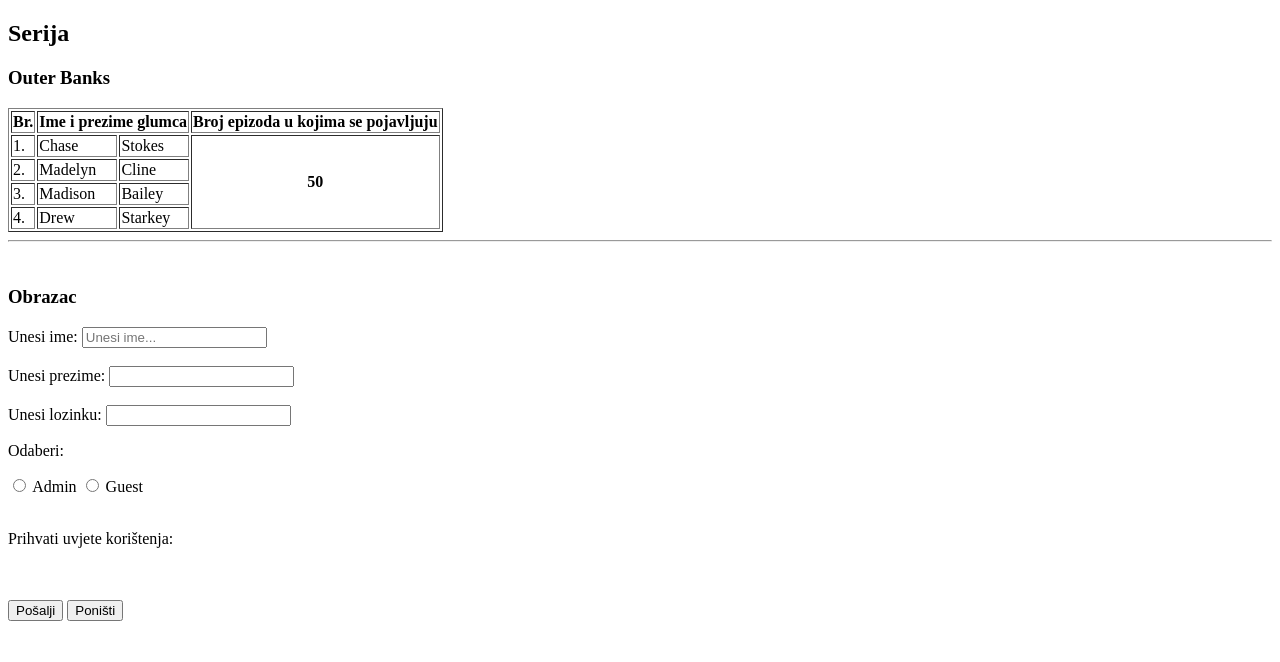
Repository: larabiondic/wp_biondic_lara
Page: Domace zadace/Zadaća.2.html
These files come from the project's save history. The page is drawn as it stood at one moment and after the next save; the edit follows.
The browser window is 1280 px wide. The pictures show the whole page.

Above is the page before, as saved 2025-11-03 20:46:58.

After the next save:
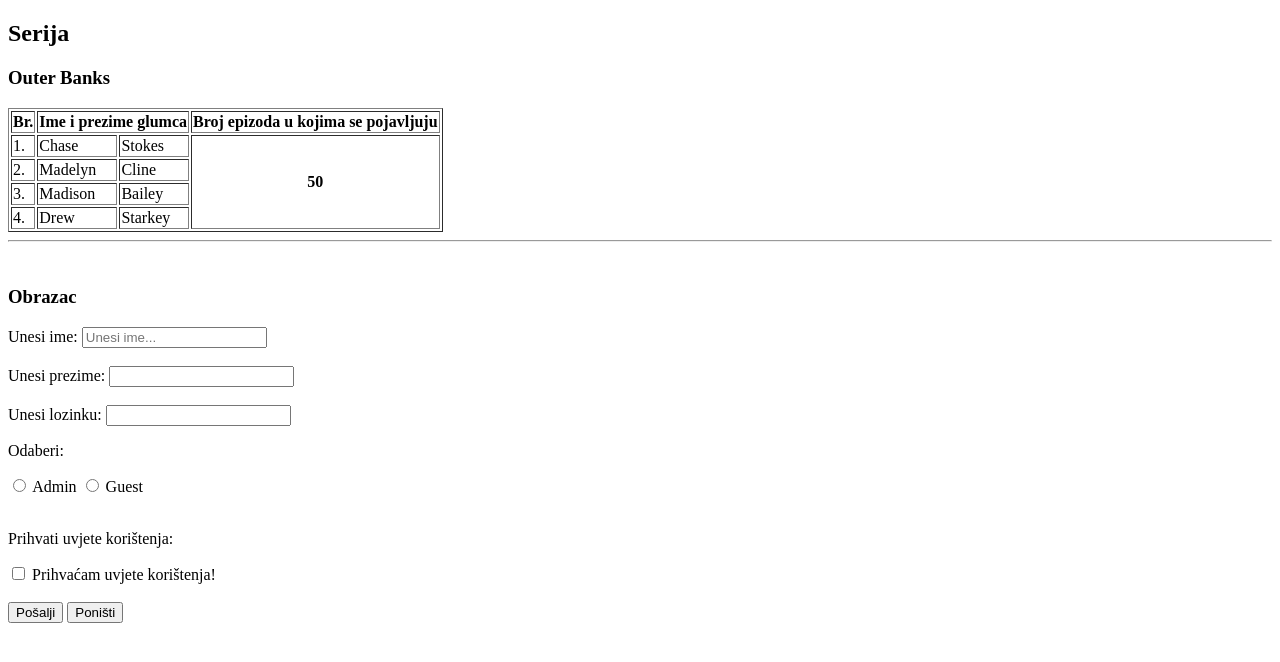
Saved 2 min 38 s later.
--- a/Domace zadace/Zadaća.2.html
+++ b/Domace zadace/Zadaća.2.html
@@ -65,7 +65,8 @@
         <br>
         <br>
         <p>Prihvati uvjete korištenja:</p>
-
+        <input type="checkbox" name="uvjeti korištenja" id="uvjeti korištenja">
+        <label for="uvjeti korištenja">Prihvaćam uvjete korištenja!</label>
         <br>
         <br>
         <input type="submit" value="Pošalji">
